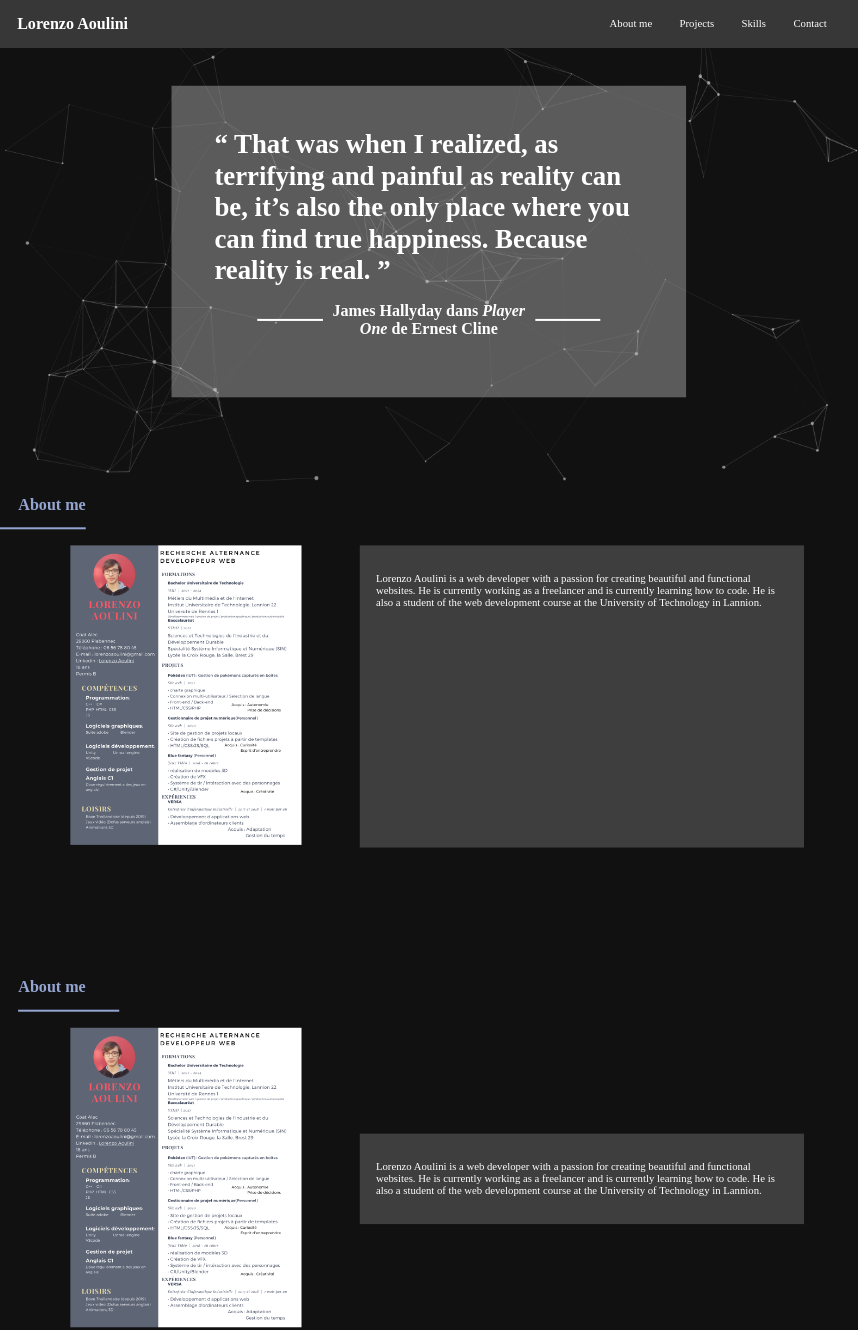
Repository: lolo298/lolo298.github.io
Page: index.html
These files come from the project's save history. The page is drawn as it stood at one moment and after the next save; the edit follows.
The browser window is 1280 px wide. The pictures show the whole page, at 67% of full size.

Above is the page before, as saved 2022-05-11 12:52:24.

After the next save:
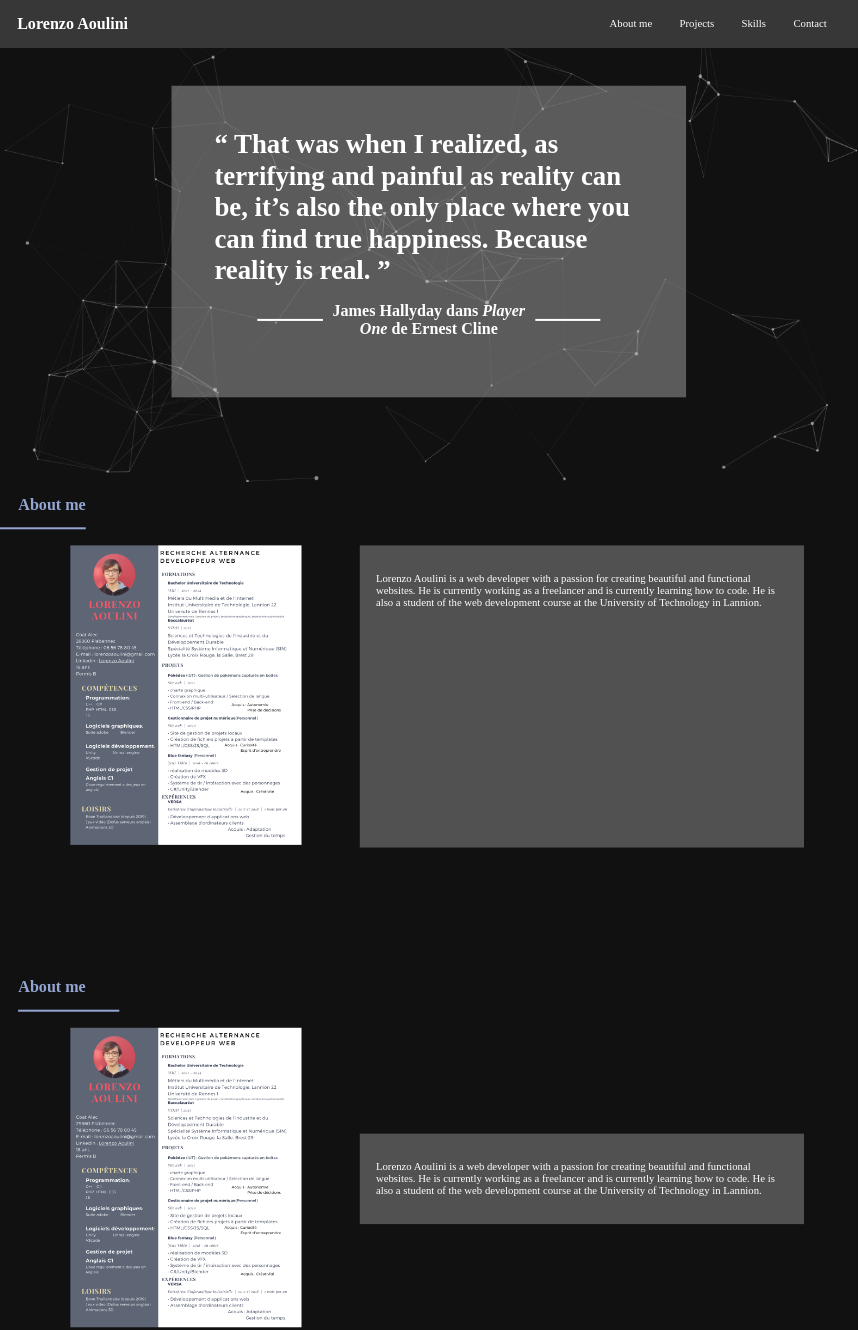
Saved 37 s later.
--- a/css/style.css
+++ b/css/style.css
@@ -210,7 +210,7 @@ body {
     width: 50%;
     height: 90%;
     padding: 2%;
-    background-color: rgba(126, 126, 126, 0.42);
+    background-color: rgba(126, 126, 126, 0.6);
 }
 
 .title-right {
